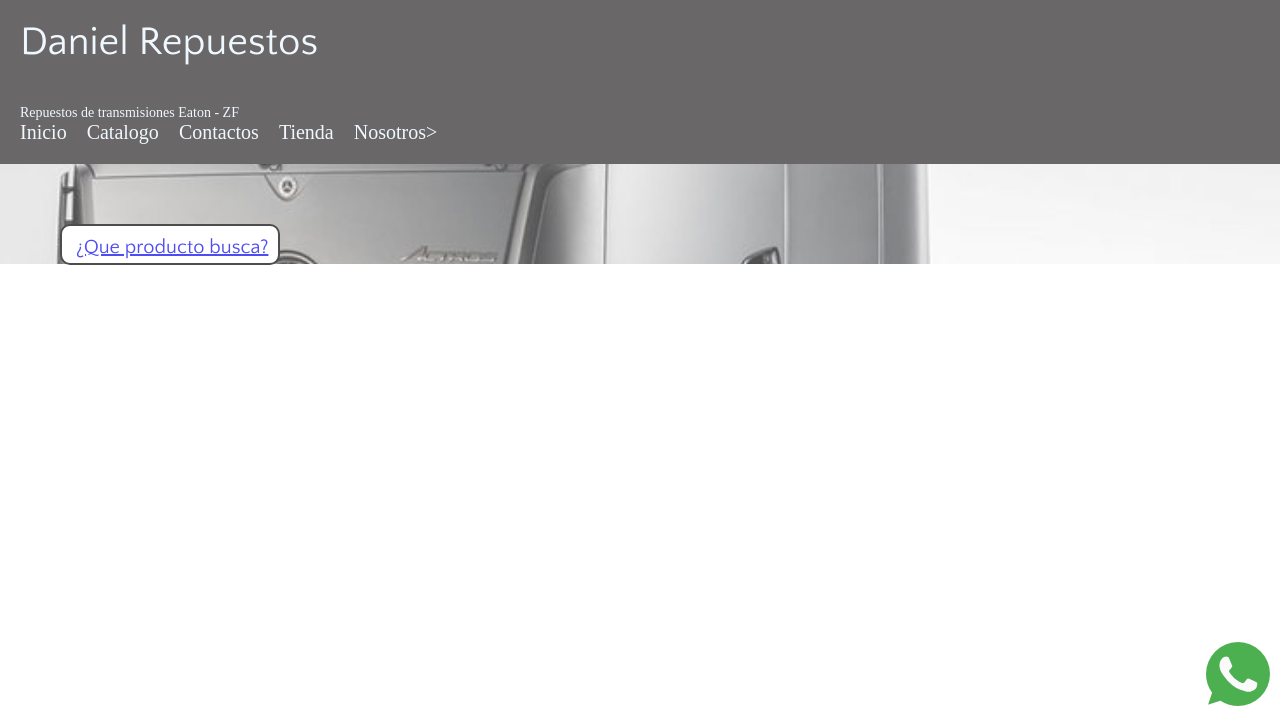
Repository: minesterani/proyecto-caja
Page: pages/nosotros.html
These files come from the project's save history. The page is drawn as it stood at one moment and after the next save; the edit follows.
The browser window is 1280 px wide. The pictures show the whole page.

Above is the page before, as saved 2024-10-02 09:19:35.

### pages/nosotros.html
<!DOCTYPE html>
<html lang="en">
<head>
    <meta charset="UTF-8">
    <meta name="viewport" content="width=device-width, initial-scale=1.0">
    <title>Document</title>
    <link rel="preconnect" href="https://fonts.googleapis.com">
<link rel="preconnect" href="https://fonts.gstatic.com" crossorigin>
<link href="https://fonts.googleapis.com/css2?family=Quattrocento+Sans:ital,wght@0,400;0,700;1,400;1,700&display=swap" rel="stylesheet">
    <link rel="stylesheet" href="../css/style.css">
</head>
<body>
   <header class="header-nosotros">
    <h1>Daniel Repuestos</h1>
    <p class="subtitulo">Repuestos de transmisiones Eaton - ZF</p>
    <nav>
        <ul class="navNos">
            <li><a href="../index.html">Inicio</a></li>
            <li><a href="./catalogo.html">Catalogo</a></li>
                <li><a href="./contactos.html">Contactos</a></li>
            <li><a href="./tienda.html">Tienda</a></li>
            <li><a href="#">Nosotros></a></li>
        </ul>
    </nav>

   </header>
   <main>
    <section class="section-nosotros">
        <div class="conteiner-nosotros">

        </div>
        <a href="#" class="boton">¿Que producto busca?</a>
    </section>

   </main>
   <footer>
    <a class="whatsapp-nosotros"href="https://wa.me/3416513963" target="_blank">
        <img src="../assets/img/whatsapp.png" alt="">
    </a>
   </footer>
</body>
</html>

### css/style.css
/* Estilo global */
* {
    margin: 0;
    padding: 0;
    box-sizing: border-box;
}

h1 {
    background-color: rgb(105, 103, 103);
    width: 100%;
    height: 80px;
    font-size: 40px;
    color: aliceblue;
    font-family: "Quattrocento Sans", sans-serif;
    font-weight: 400;
    font-style: normal;
    margin-bottom: 5px;
}
.subtitulo{
    font-size: 14px;
    color: aliceblue;
    margin: 0;
}
header .header-tienda h1 {
    font-size: 36px;
    color: aliceblue;
    font-family: "Quattrocento Sans", sans-serif;
    font-weight: 400;
    margin: 0; /* Elimina márgenes para evitar espacios extra */
}

.header-tienda .subtitulo{
    font-size: 14px; /* Tamaño más pequeño */
    color: aliceblue;
    margin-top: 5px; /* Ajuste del margen para que esté cerca del h1 */
    padding: 0;
}


/* Header */
.header-index, .header-tienda, .header-catalogo, .header-contactos, .header-nosotros {
    display: flex;
    width: 100%;
    flex-direction: column;
    background-color: rgb(105, 103, 103);
    justify-content: space-between;
    align-items: flex-start;
    padding: 20px;


}
.header-index nav {

   margin-top: 20px; /* Añadir espacio entre el título/párrafo y la barra de navegación */
    }

/* Navegación */
.navBar, .navtienda, .nav-catalogo, .nav-Contactos, .navNos {
    display: flex;
    list-style-type: none;
    gap: 20px;
}

.navBar li a, .navtienda li a, .nav-catalogo li a, .nav-Contactos li a, .navNos li a {
    text-decoration: none;
    color: aliceblue;
    font-size: 20px;
}

/* Sección Principal */
.section-principal {
    background-color: lightblue;
    width: 100%;
    height: 25rem;
    background-image: url("../assets/img/mercedes gris.jpeg");
    background-position: center;
    background-size: cover;
    background-repeat: no-repeat;
}

/* Botón */
.boton {
    background-color: white;
    font-size: 1.25rem;
    padding: 10px 10px 5px 14px;
    border-width: 2px;
    border-style: solid;
    border-color: black;
    border-radius: 10px;
    position: fixed;
    margin: 10px;
}
.grid {
    display: grid;
    grid-template-columns: repeat(8, 1fr); /* 8 columnas iguales */
    gap: 10px; /* Espacio entre las imágenes */
    width: 100%;
    padding: 0;
    margin: 0;
}

.grid img {
    width: 100%;
    height: 200px; /* Ajusta la altura según sea necesario */
    object-fit: cover; /* Las imágenes se ajustarán sin deformarse */
}

/* Sección de Contactos */
.section-contactos, .section-tienda, .section-catalogos, .section-nosotros {
    background-color: lightblue;
    width: 100%;
    height: 25rem;
    background-image: url("../assets/img/mercedes gris.jpeg");
    background-position: center;
    background-size: cover;
    background-repeat: no-repeat;
    opacity: 0.3;
}

.section-nosotros {
    position: relative;
    padding: 50px;
    background-image: url("../assets/img/mercedes\ gris.jpeg");
    background-size: cover;
    background-position: center;
    background-repeat: no-repeat;
    opacity: 0.7;
    color: white;
    font-family: "Quattrocento Sans", sans-serif;
    height: auto;
}

.container-nosotros {
    display: flex;
    justify-content: space-between;
    align-items: flex-start;
    max-width: 1200px;
    margin: 0 auto;
    overflow: hidden;
}

.texto-nosotros {
    width: 55%;
    padding: 20px;
    background-color: rgba(0, 0, 0, 0.5);
    border-radius: 10px;
    color: white;
    overflow: hidden;
}

.texto-nosotros h2 {
    margin-bottom: 20px;
    font-size: 2.5rem;
}

.texto-nosotros p {
    margin-bottom: 15px;
    font-size: 1.2rem;
    line-height: 1.6;
}

.imagenes-nosotros {
    width: 40%;
    display: flex;
    flex-direction: column;
    gap: 10px;
    align-items: flex-start;
}

.imagenes-nosotros img {
    width: 100%;
    height: auto;
    max-width: 300px;
    border-radius: 10px;
    object-fit: cover;
    overflow: hidden;

}
.section-tienda {
    background-color: lightblue;
    width: 100%; /* Ajusta el ancho según sea necesario */
    height: 50rem; /* Aumenta la altura del contenedor */
    padding: 20px;
    background-image: url("../assets/img/mercedes gris.jpeg");
    background-position: center;
    background-size: cover;
    background-repeat: no-repeat;
    opacity: 0.9;
}

.contenedor-tienda {
    display: flex;
    flex-wrap: wrap;
    justify-content: center;
    gap: 20px; /* Espacio entre las fotos */
    padding: 20px;
}

/* Sección Contactos */
.section-contactos {
    background-color: lightblue;
    width: 100%;
    padding: 50px 20px;
    background-image: url("../assets/img/mercedes gris.jpeg");
    background-position: center;
    background-size: cover;
    background-repeat: no-repeat;
    opacity: 0.9; /* Aumenta la opacidad para mejor visibilidad */
    color: black;
    height: auto; /* Altura automática según contenido */
}

.container-contactos {
    display: flex;
    justify-content: space-between;
    align-items: flex-start;
    max-width: 1200px; /* Ancho máximo del contenedor */
    margin: 0 auto; /* Centra el contenedor horizontalmente */
    gap: 20px; /* Espacio entre el mapa y los datos */
}

.mapa {
    flex: 1;
}

.mapa iframe {
    width: 100%;
    height: 400px; /* Ajusta la altura según lo necesites */
    border: none;
}

.datos-empresa {
    flex: 1;
    padding-left: 20px; /* Espacio a la izquierda de los datos */
    font-size: 1.25rem;
}

.datos-empresa h3 {
    margin-bottom: 15px;
    font-size: 2rem;
    font-weight: 700;
}

.datos-empresa p {
    margin-bottom: 15px;
    font-size: 1.5rem;
    line-height: 1.6;
}

/* Footer */
.footer-content {
    background-color: #f4f4f4;
    padding: 20px;
    margin-top: 0;
    clear: both;
}

.columns {
    display: flex;
    justify-content: space-between;
    align-items: flex-start;
    margin-bottom: 0;
    padding: 20px 0;
}

.left-column, .right-column {
    width: 48%;
}

.left-column iframe {
    width: 100%;
    height: 300px;
    border: 0;
}

.right-column {
    padding-left: 20px;
    text-align: center;
    padding-top: 20px;
}

.right-column h3, .right-column p {
    margin: 10px 0;
}

.footer-bottom {
    text-align: center;
    padding: 10px 0;
    border-top: 1px solid #ccc;
}

.footer-bottom p {
    margin: 5px 0;
}

/* Estilos específicos para WhatsApp */
.whatsapp, .whatsapp-contactos, .whatsapp-tienda, .whatsapp-nosotros, .whatsapp-catalogo {
    position: fixed;
    bottom: 10px;
    right: 10px;
}

/* Media Queries */
@media(max-width: 1024px) {
    .header-index, .header-tienda {
        justify-content: space-around;
    }
}

@media(max-width: 768px) {
    h1 {
        background-color: rgba(197, 193, 193, 0.555);
        height: 80px;
        font-size: 40px;
        padding: 10px;
    }

    .header-index, .header-tienda, .header-catalogo, .header-contactos, .header-nosotros {
        flex-direction: column;
        background-color: gray;
        font-size: 30px;
        padding: 10px;
        align-items: center;
        justify-content: center;
        gap: 30px;
    }

    .navBar, .navtienda, .nav-catalogo, .nav-Contactos, .navNos {
        padding-bottom: .875rem;
    }

    .navBar li a, .navtienda li a, .nav-catalogo li a, .nav-Contactos li a, .navNos li a {
        font-size: 1.5rem;
    }

    .section-principal, .section-tienda, .section-catalogos, .section-contactos, .section-nosotros {
        background-image: url("../assets/img/caja 2.jpg");
        background-size: 100% 100%;
    }

    .container-nosotros {
        flex-direction: column;
        align-items: center;
    }

    .imagenes-nosotros {
        width: 100%;
        display: flex;
        justify-content: center;
        flex-direction: column;
        gap: 15px;
    }

    .imagenes-nosotros img {
        max-height: 300px;
    }

    .texto-nosotros {
        width: 100%;
        text-align: center;
    }
    .mapa, .datos-empresa {
        width: 100%;
        padding: 0;
    }

    .datos-empresa {
        padding-left: 0;
        margin-top: 20px;
        text-align: center;
        font-size: 1.2rem; /* Mantiene el tamaño de fuente aumentado */
    }

}

@media(max-width: 425px) {
    .navBar, .navtienda, .nav-catalogo, .nav-Contactos, .navNos {
        flex-direction: column;
    }

    .grid {
        grid-template-columns: 1fr;
        grid-auto-rows: 200px;
        grid-template-areas:
            "img1"
            "img2"
            "img3"
            "img4"
            "img5"
            "img6"
            "img7"
            "img8";
    }

    .grid img {
        width: 100%;
        height: auto;
        object-fit: cover;
    }

    .columns {
        flex-direction: column;
        align-items: center;
    }

    .left-column, .right-column {
        width: 100%;
        padding: 0;
    }

    .right-column {
        padding-top: 20px;
    }
}

After the next save:
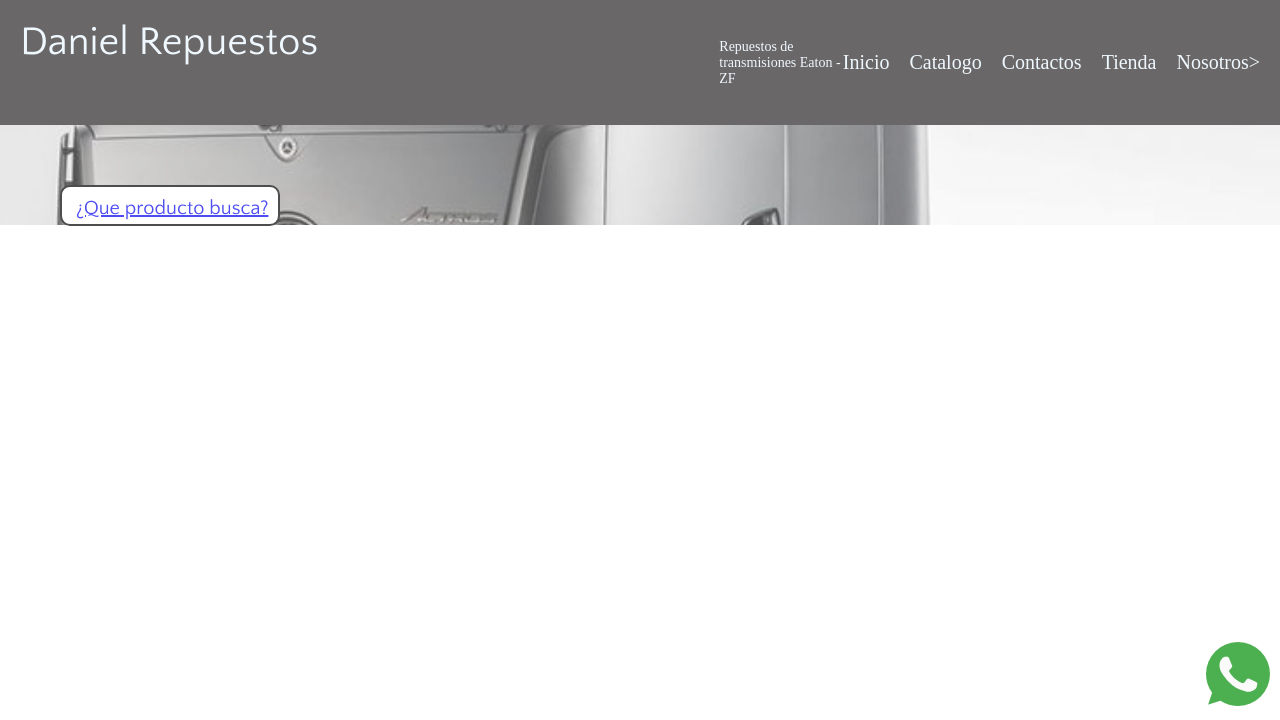
Saved 13 min 43 s later.
--- a/css/style.css
+++ b/css/style.css
@@ -40,11 +40,9 @@
 /* Header */
 .header-index, .header-tienda, .header-catalogo, .header-contactos, .header-nosotros {
     display: flex;
-    width: 100%;
-    flex-direction: column;
     background-color: rgb(105, 103, 103);
     justify-content: space-between;
-    align-items: flex-start;
+    align-items: center;
     padding: 20px;
 
 
